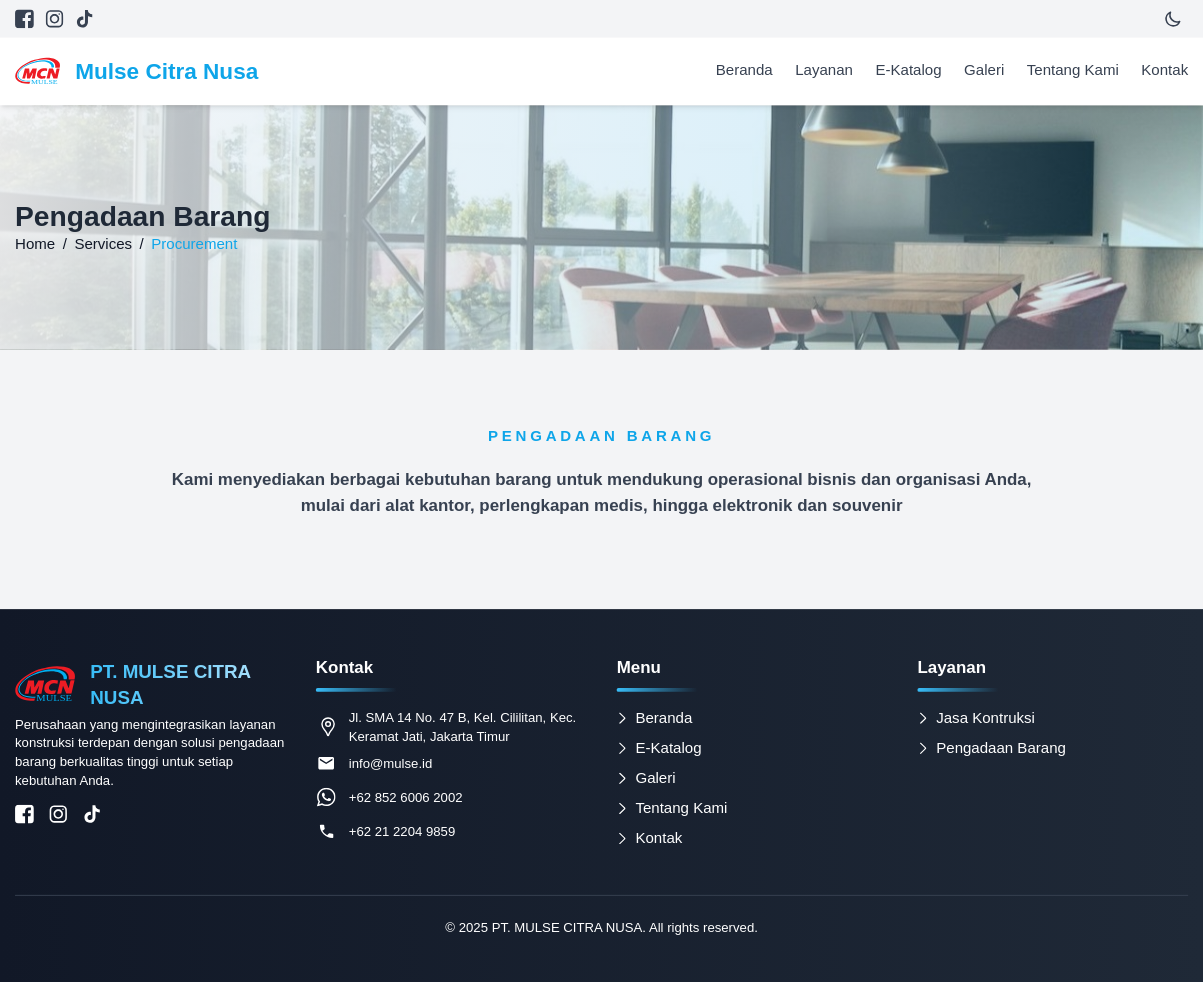
Repository: PrasBaldin/next-mulse
Page: /services/procurement
An editor plug-in stored every save of this project. The page is shown before and after the next save, followed by the edit.
The browser window is 1280 px wide. The pictures show the whole page, at 94% of full size.
The project was rebuilt for these pictures with package versions that can differ from the ones it lists, and the page was loaded fresh each time. The framework's server and built-in components were replaced by stand-ins that run in the browser. Also part of the build but not shown: next.config.ts.

Above is the page before, as saved 2025-02-26 13:25:04.

### app/layout.tsx
import type { Metadata } from "next";
import { Geist, Geist_Mono } from "next/font/google";
import "./globals.css";
import Navbar from "@/components/navbar";
import Footer from "@/components/footer";

const geistSans = Geist({
  variable: "--font-geist-sans",
  subsets: ["latin"],
});

const geistMono = Geist_Mono({
  variable: "--font-geist-mono",
  subsets: ["latin"],
});

export const metadata: Metadata = {
  title: "Mulse",
  description: "Selamat datang di PT. Mulse Citra Nusa, kami menyediakan barang dan jasa sesuai kebutuhan Anda.",
};

export default function RootLayout({
  children,
}: Readonly<{
  children: React.ReactNode;
}>) {
  return (
    <html lang="en">
      <body className={`${geistSans.variable} ${geistMono.variable} antialiased`} >
        <Navbar />
        {children}
        <Footer />
      </body>
    </html>
  );
}

### app/services/procurement/page.tsx
import Link from "next/link";

const ProcurementPage = () => {
  return (
    <>
      <section className="mt-[72px] lg:mt-[112px]">
        <div className="banner">
          <div className="banner-mask"></div>
          <div className="container z-[1] relative">
            <div className="banner-content">
              <h4 className="text-3xl font-bold text-gray-800 dark:text-gray-100 transition duration-500 ease-in-out">
                Pengadaan Barang
              </h4>
              <ul className="breadcrumbs">
                <li>
                  <Link
                    href="/"
                    className="text-gray-900 dark:text-gray-100 transition duration-500 ease-in-out"
                  >
                    Home
                  </Link>
                </li>
                <li className="text-gray-900 dark:text-gray-100 transition duration-500 ease-in-out">
                  /
                </li>
                <li>
                  <Link
                    href="/"
                    className="text-gray-900 dark:text-gray-100 transition duration-500 ease-in-out"
                  >
                    Services
                  </Link>
                </li>
                <li className="text-gray-900 dark:text-gray-100 transition duration-500 ease-in-out">
                  /
                </li>
                <li>
                  <Link href="/gallery" className="text-sky-500">
                    Procurement
                  </Link>
                </li>
              </ul>
            </div>
          </div>
        </div>
      </section>
      <section className="py-20">
        <div className="container text-center">
          <h4 className="mb-3 text-sky-500 font-semibold tracking-[.25em] uppercase">
            Pengadaan Barang
          </h4>
          <h3 className="py-2 my-2 mx-auto w-3/4 text-gray-700 dark:text-gray-100 transition duration-500 ease-in-out text-lg font-semibold">
            Kami menyediakan berbagai kebutuhan barang untuk mendukung
            operasional bisnis dan organisasi Anda, mulai dari alat kantor,
            perlengkapan medis, hingga elektronik dan souvenir
          </h3>
        </div>
      </section>
    </>
  );
};

export default ProcurementPage;

### app/globals.css
@tailwind base;
@tailwind components;
@tailwind utilities;

:root {
  --background: #ffffff;
  --foreground: #171717;
}

@media (prefers-color-scheme: dark) {
  :root {
    --background: #0a0a0a;
    --foreground: #ededed;
  }
}

body {
  font-family: Arial, Helvetica, sans-serif;
  @apply bg-gray-100 dark:bg-gray-700;
}

.container {
  @apply mx-auto px-4;
}

.btn {
  @apply px-4 py-3 rounded-lg transition duration-500 ease-in-out;
}

.btn-primary {
  @apply bg-sky-600 hover:bg-sky-700 dark:hover:bg-sky-700 text-gray-100 hover:text-gray-300;
}

.btn-secondary {
  @apply bg-gray-100 hover:bg-gray-300 dark:hover:bg-gray-300 text-gray-800;
}

.btn-primary-border {
  @apply bg-transparent hover:bg-sky-500 dark:hover:bg-sky-500 border-2 border-sky-500 text-sky-500 dark:text-sky-500 hover:text-white dark:hover:text-white;
}

.banner {
  background-image: url("/img/banner-2.jpg");
  background-size: cover;
  @apply py-[100px] relative;
}

.banner-mask {
  @apply absolute inset-0 bg-gradient-to-r from-gray-100/90 to-sky-500/20 dark:from-gray-800/90 dark:to-sky-500/20 transition duration-500 ease-in-out z-[0];
}

.breadcrumbs {
  @apply flex gap-2 font-medium;
}

### components/navbar.css
.utility-bar {
  @apply hidden lg:block absolute top-0 w-full py-1 bg-gray-100 dark:bg-gray-700 transition duration-500 ease-in-out z-10;
}

.utility-content {
  @apply w-auto flex gap-2;
}

.social-media-link {
  @apply mr-3 text-gray-700 dark:text-gray-100 hover:text-sky-500 dark:hover:text-sky-500 transition duration-300;
}

.navbar {
  @apply bg-white dark:bg-gray-800 transition duration-500 ease-in-out shadow-md top-0 lg:top-[40px] fixed lg:absolute w-full z-20;
}

.nav-link {
  @apply text-gray-700 hover:text-sky-500 dark:hover:text-sky-500 dark:text-gray-100 py-5 transition duration-500 ease-in-out border-b-2 border-transparent hover:border-sky-500 flex items-center;
}

.nav-dropdown {
  @apply bg-white dark:bg-gray-800 absolute top-[4rem] -left-2 w-auto pt-2 p-3 border-2 border-sky-300 dark:border-sky-800 border-t-sky-500 dark:border-t-sky-500 shadow-xl rounded-lg overflow-visible transition-all duration-300 transform;
}

.nav-link-dropdown {
  @apply text-gray-700 hover:text-sky-500 dark:hover:text-sky-500 dark:text-gray-100 pt-2 pb-1 transition duration-500 ease-in-out hover:bg-gray-100 dark:hover:bg-gray-700 rounded border-b border-gray-200 hover:border-sky-500 block mt-2 px-2;
}

.nav-link-mobile {
  @apply hover:bg-gray-100 dark:hover:bg-gray-700 text-gray-700 hover:text-sky-500 dark:hover:text-sky-500 dark:text-gray-100 py-2 pl-2 border-b border-gray-200 hover:border-sky-500 rounded transition;
}

.hamburger {
  @apply absolute w-6 h-[3px] bg-gray-800 dark:bg-gray-100 rounded transition duration-500 ease-in-out;
}

.dropdown-arrow {
  @apply border-b-2 border-r-2 border-gray-700 dark:border-gray-100 ml-2 w-3 h-3 transition duration-500 ease-in-out;
}

.nav-link-mobile:hover .dropdown-arrow {
  @apply border-sky-500;
}

### components/toggleDarkMode.tsx
"use client";
import { useState, useEffect } from "react";
import IconDarkMode from "../app/_assets/icon/iconDarkmode";
import IconLightMode from "../app/_assets/icon/iconLightmode";

import "./toggleDarkMode.css";

const ToggleDarkMode = () => {
  const [isDarkMode, setIsDarkMode] = useState(false);
  useEffect(() => {
    const storedTheme = localStorage.getItem("theme");
    setIsDarkMode(storedTheme === "dark");
  }, []);

  useEffect(() => {
    if (isDarkMode) {
      document.documentElement.classList.add("dark");
      localStorage.setItem("theme", "dark");
    } else {
      document.documentElement.classList.remove("dark");
      localStorage.setItem("theme", "light");
    }
  }, [isDarkMode]);

  return (
    <>
      {/* Mobile */}
      <button
        onClick={() => setIsDarkMode(!isDarkMode)}
        className="lg:hidden btn h-11 flex items-center"
        style={{ padding: ".5rem" }}
      >
        <div className="block">
          <div className="absolute flex items-center gap-2">
            <div
              className={`toggle-dark-mode-mobile gap-2 ${
                isDarkMode ? "opacity-100 rotate-0" : "opacity-0 rotate-90"
              }`}
            >
              <IconLightMode />
            </div>
            <span
              className={`text-gray-700 dark:text-gray-300 ${
                isDarkMode ? "opacity-100" : "opacity-0"
              }`}
            >
              Light Mode
            </span>
          </div>
          <div className="flex items-center gap-2">
            <div
              className={`toggle-dark-mode-mobile gap-2 ${
                isDarkMode ? "opacity-0 -rotate-90" : "opacity-100 rotate-0"
              }`}
            >
              <IconDarkMode />
            </div>
            <span
              className={`text-gray-700 dark:text-gray-300 ${
                isDarkMode ? "opacity-0" : "opacity-100"
              }`}
            >
              Night Mode
            </span>
          </div>
        </div>
      </button>

      {/* Desktop */}
      <button
        onClick={() => setIsDarkMode(!isDarkMode)}
        className="btn hidden lg:block btn w-8 h-8 relative overflow-hidden"
      >
        <div
          className={`toggle-dark-mode ${
            isDarkMode ? "opacity-100 rotate-0" : "opacity-0 rotate-90"
          }`}
        >
          <IconLightMode />
        </div>
        <div
          className={`toggle-dark-mode ${
            isDarkMode ? "opacity-0 -rotate-90" : "opacity-100 rotate-0"
          }`}
        >
          <IconDarkMode />
        </div>
      </button>
    </>
  );
};

export default ToggleDarkMode;

### components/footer.css
footer table tr a {
    @apply transition duration-300
}

footer table tr:hover a {
    @apply text-sky-400
}

### app/_assets/icon/iconDarkmode.tsx
import React from "react";

const IconDarkmode = () => {
    return (
        <svg xmlns="http://www.w3.org/2000/svg" className="h-5 w-5 text-gray-700 dark:text-gray-100" fill="none" viewBox="0 0 24 24" stroke="currentColor">
            <path strokeLinecap="round" strokeLinejoin="round" strokeWidth={2} d="M20.354 15.354A9 9 0 018.646 3.646 9.003 9.003 0 0012 21a9.003 9.003 0 008.354-5.646z" />
        </svg>
    )
}

export default IconDarkmode

### app/_assets/icon/iconLightmode.tsx
import React from "react";

const IconLightMode = () => {
    return (
        <svg xmlns="http://www.w3.org/2000/svg" className="h-5 w-5 text-gray-100" fill="none" viewBox="0 0 24 24" stroke="currentColor">
            <path strokeLinecap="round" strokeLinejoin="round" strokeWidth="2" d="M12 3v1m0 16v1m9-9h-1M4 12H3m15.364 6.364l-.707-.707M6.343 6.343l-.707-.707m12.728 0l-.707.707M6.343 17.657l-.707.707" />
            <circle cx="12" cy="12" r="3" stroke="currentColor" strokeWidth="2" fill="none" />
        </svg>
    )
}

export default IconLightMode

### components/toggleDarkMode.css
.toggle-dark-mode {
    @apply absolute top-0 bottom-0 left-0 right-0 flex items-center justify-center transition-all duration-500 transform
}

.toggle-dark-mode-mobile {
    @apply flex items-center justify-center transition-all duration-500 transform
}

### tailwind.config.ts
import type { Config } from "tailwindcss";

export default {
  darkMode: 'class',
  content: [
    "./pages/**/*.{js,ts,jsx,tsx,mdx}",
    "./components/**/*.{js,ts,jsx,tsx,mdx}",
    "./app/**/*.{js,ts,jsx,tsx,mdx}"
  ],
  theme: {
    extend: {
      width: {
        '11': '2.75rem',
      },
      height: {
        '11': '2.75rem',
      },
      colors: {
        background: "var(--background)",
        foreground: "var(--foreground)",
      },
    },
  },
  plugins: [],
} satisfies Config;

Loaded but not shown: components/footer.tsx (503 lines, source omitted); components/navbar.tsx (283 lines, source omitted)

After the next save:
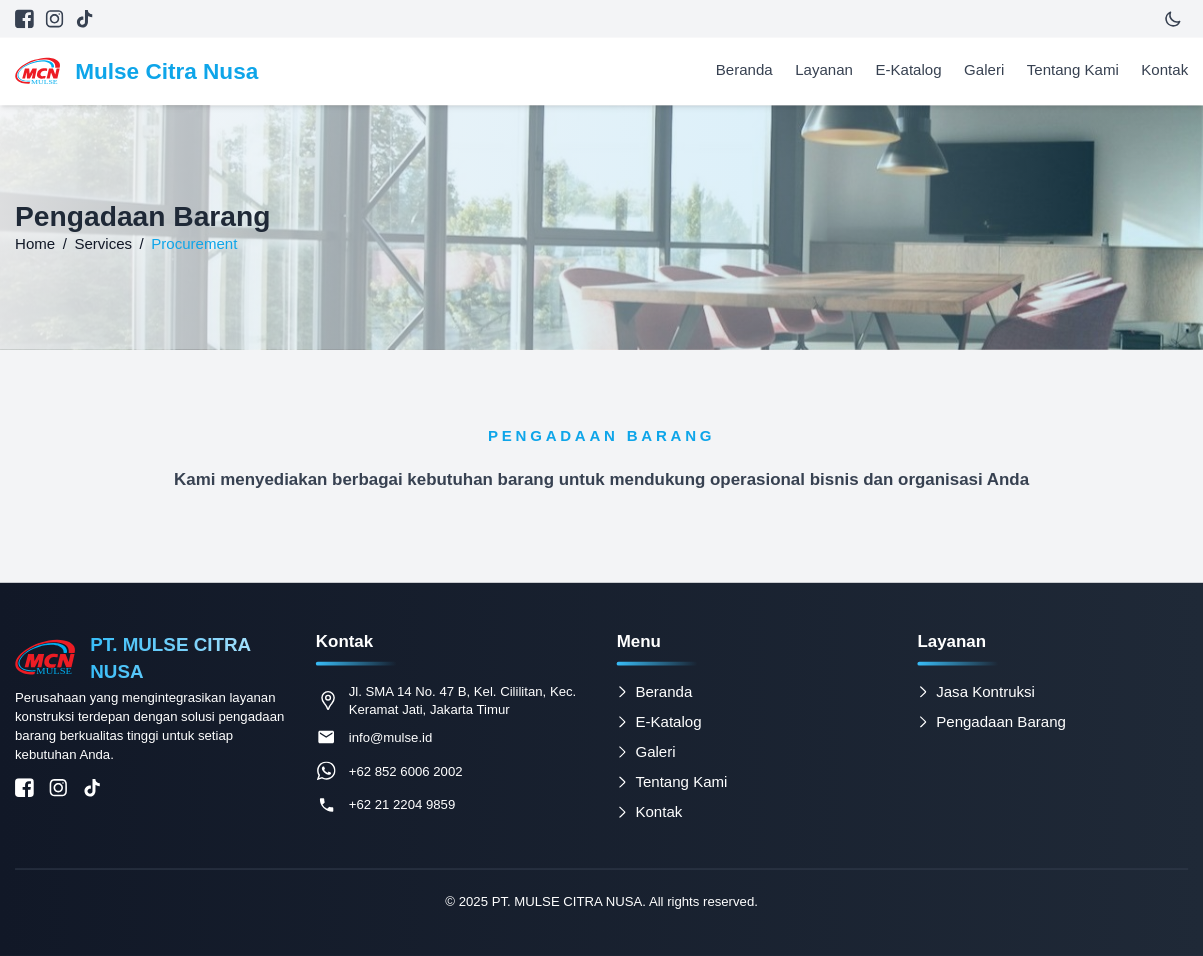
Saved 15 s later.
--- a/app/services/procurement/page.tsx
+++ b/app/services/procurement/page.tsx
@@ -51,8 +51,7 @@
           </h4>
           <h3 className="py-2 my-2 mx-auto w-3/4 text-gray-700 dark:text-gray-100 transition duration-500 ease-in-out text-lg font-semibold">
             Kami menyediakan berbagai kebutuhan barang untuk mendukung
-            operasional bisnis dan organisasi Anda, mulai dari alat kantor,
-            perlengkapan medis, hingga elektronik dan souvenir
+            operasional bisnis dan organisasi Anda
           </h3>
         </div>
       </section>
